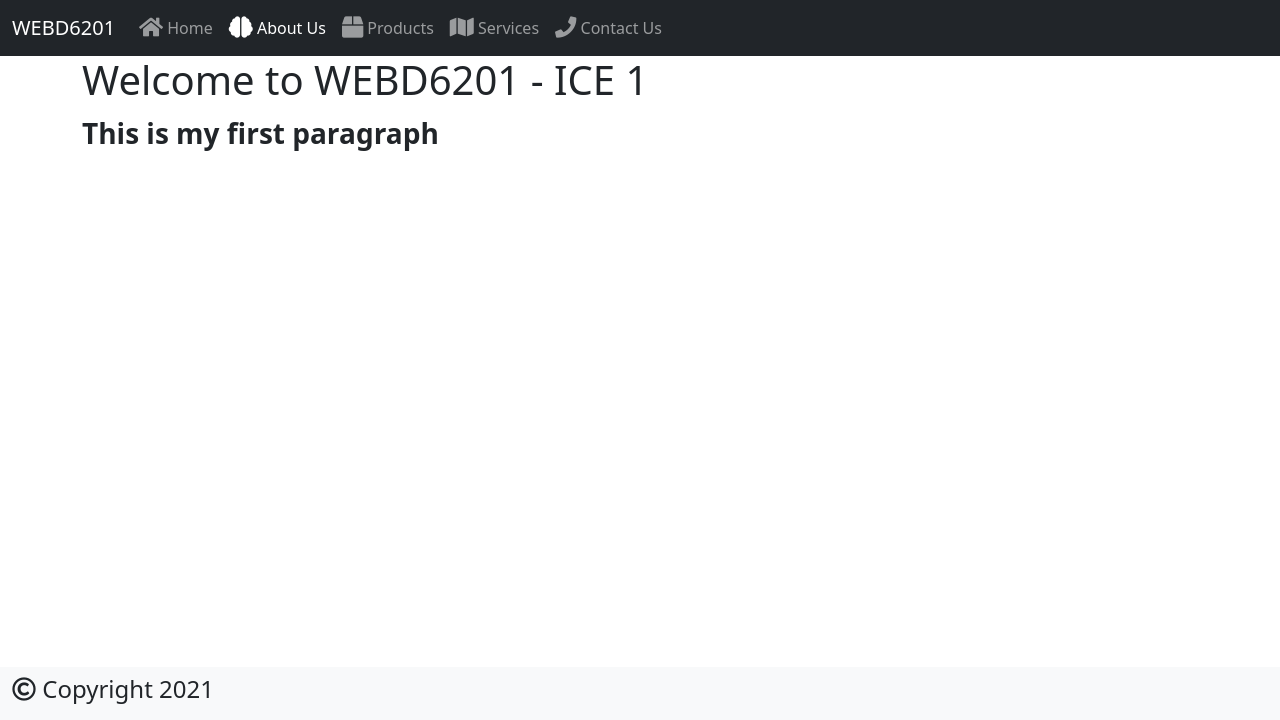
Repository: AshokSasi/WEBD6201-Week3
Page: about.html
These files come from the project's save history. The page is drawn as it stood at one moment and after the next save; the edit follows.
The browser window is 1280 px wide. The pictures show the whole page.

Above is the page before, as saved 2021-01-21 09:55:29.

### about.html
<!DOCTYPE html>
<html lang="en">
<head>
    <meta charset="UTF-8">
    <meta name="viewport" content="width=device-width, initial-scale=1.0">
    <title>About</title>
    <!-- CSS Section-->
    <link rel="stylesheet" href="./Content/app.css">
    <link rel="stylesheet" href="./node_modules/bootstrap/dist/css/bootstrap.min.css">
    <link rel="stylesheet" href="./node_modules/@fortawesome/fontawesome-free/css/all.min.css">
</head>
<body>
  <!-- Main Header -->
    <header>
      <!--main navbar-->
        <nav class="navbar navbar-expand-lg navbar-dark bg-dark">
            <div class="container-fluid">
              <a class="navbar-brand" href="index.html">WEBD6201</a>
              <button class="navbar-toggler" type="button" data-bs-toggle="collapse" data-bs-target="#navbarSupportedContent" aria-controls="navbarSupportedContent" aria-expanded="false" aria-label="Toggle navigation">
                <span class="navbar-toggler-icon"></span>
              </button>
              <div class="collapse navbar-collapse" id="navbarSupportedContent">
                <ul class="navbar-nav me-auto mb-2 mb-lg-0">
                  <li class="nav-item">
                    <a class="nav-link" aria-current="page" href="index.html"><i class="fas fa-home fa-lg"></i> Home</a>
                  </li>
                  <li class="nav-item">
                    <a class="nav-link active" aria-current="page" href="about.html"><i class="fas fa-brain fa-lg"></i> About Us</a>
                  </li>
                  <li class="nav-item">
                    <a class="nav-link" aria-current="page" href="products.html"><i class="fas fa-box fa-lg"></i> Products</a>
                  </li>
                  <li class="nav-item">
                    <a class="nav-link" aria-current="page" href="services.html"><i class="fas fa-map fa-lg"></i> Services</a>
                  </li>
                  <li class="nav-item">
                    <a class="nav-link" aria-current="page" href="contact.html"><i class="fas fa-phone fa-lg"></i> Contact Us</a>
                  </li>
                </ul>

              </div>
            </div>
          </nav>
    </header>

    <!-- Main Content-->
    <main class="container">
        <h1>Welcome to WEBD 6201</h1>

        <p id="paragraphOne"></p>
    </main>

    <!--Main Footer Nav -->
    <footer>
        <nav class="navbar fixed-bottom navbar-light bg-light">
            <div class="container-fluid">
              <h4><i class="far fa-copyright"></i> Copyright 2021</h4>
            </div>
          </nav>
    </footer>

    <!--Javascript section-->
    <script src="./Scripts/app.js"></script>
    <script src="./node_modules/jquery/dist/jquery.min.js"></script>
    <script src="./node_modules/bootstrap/dist/js/bootstrap.bundle.min.js"></script>
</body>
</html>

### Scripts/app.js

//IIFE Immediately Function Expression
//AKA - Anonymous Self- Executing Function
//Closure - Limits scop leak

"use strict";

(function()
{
    function Start()
    {
        console.log("App started ...");
        let paragraphOneText = "This is a simple site to demonstrate DOM manipulation for ICE 1";

        let paragraphOneElement = document.getElementById("paragraphOne");

        paragraphOneElement.textContent= paragraphOneText;
        paragraphOneElement.className="fs-5";

        // Step 1: document.createElement
        let newParagraph  = document.createElement("p");
        // Step 2: Configure the element
        newParagraph.setAttribute("id","paragraphTwo");
        newParagraph.textContent = "... And this is paragraph two";
        // Step 3: Select the parent element
        let mainContent = document.getElementsByTagName("main")[0];
        // Step4: Add/Insert the element
        mainContent.appendChild(newParagraph);

        newParagraph.className = "fs-6";

        //another way of injecting content
       let paragraphDiv = document.createElement("div");
       let paragraphThree= `<p id="paragraphThree" class="fs-7 fw-bold">And this is the third paragraph</p>`;
        paragraphDiv.innerHTML = paragraphThree;

        //example of inserting before a node.
      //  newParagraph.before(paragraphDiv)

      //example of inserting after a node.
      newParagraph.after(paragraphDiv);

      //delete elements
      //paragraphOneElement.remove();

      //example of remove child
      mainContent.removeChild(paragraphOneElement);

      //update / modification
     // mainContent.firstElementChild.textContent = "Welcome Home";

     mainContent.innerHTML =
     `<h1 id="firstHeading">Welcome to WEBD6201 - ICE 1</h1>
     <p id="paragraphOne" class="fs-3 fw-bold">This is my first paragraph</p>
     `


    }
    window.addEventListener("load", Start);
})();

Loaded but not shown: node_modules/bootstrap/dist/css/bootstrap.min.css (library); node_modules/@fortawesome/fontawesome-free/css/all.min.css (library); node_modules/jquery/dist/jquery.min.js (library); node_modules/bootstrap/dist/js/bootstrap.bundle.min.js (library); Content/app.css (no stored copy; drawn as an empty file)

After the next save:
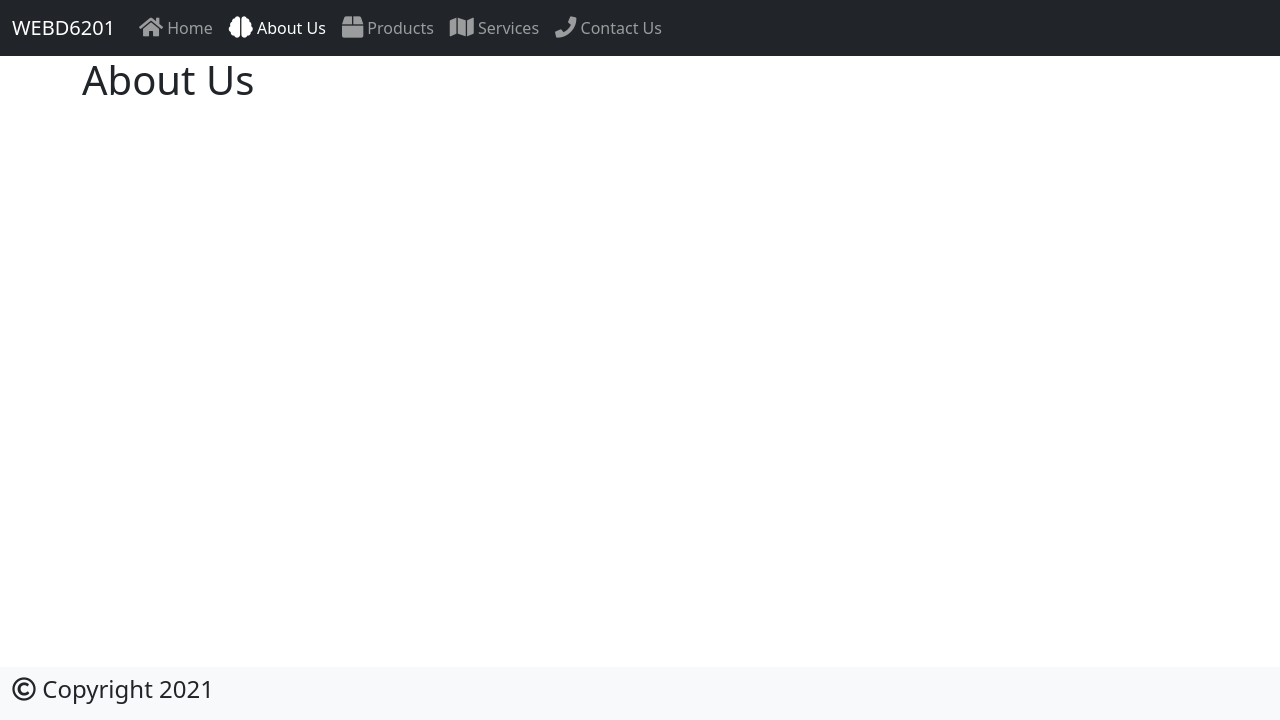
Console error: TypeError: Cannot set properties of null (setting 'textContent')
Saved 21 s later.
--- a/about.html
+++ b/about.html
@@ -45,9 +45,9 @@
 
     <!-- Main Content-->
     <main class="container">
-        <h1>Welcome to WEBD 6201</h1>
+        <h1>About Us</h1>
 
-        <p id="paragraphOne"></p>
+
     </main>
 
     <!--Main Footer Nav -->
